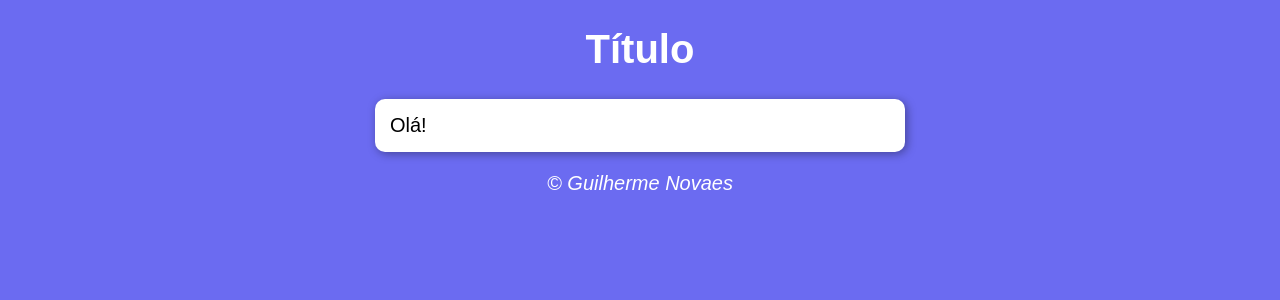
Repository: Guilherme-RNovaes/JavaScript-Curso
Page: Aula 14ex/ex016/index.html
These files come from the project's save history. The page is drawn as it stood at one moment and after the next save; the edit follows.
The browser window is 1280 px wide. The pictures show the whole page.

Above is the page before, as saved 2022-09-07 10:18:05.

After the next save:
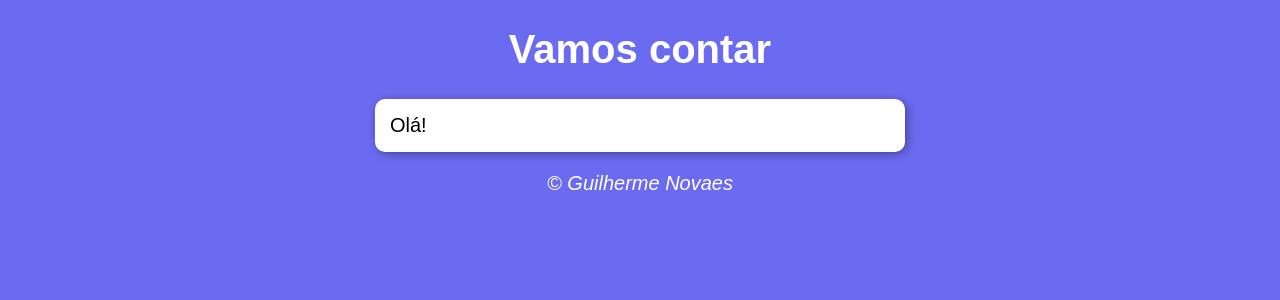
Saved 21 s later.
--- a/Aula 14ex/ex016/index.html
+++ b/Aula 14ex/ex016/index.html
@@ -9,7 +9,7 @@
 </head>
 <body>
     <header>
-        <h1>Título</h1>
+        <h1>Vamos contar</h1>
     </header>
     <section>
         <div>
